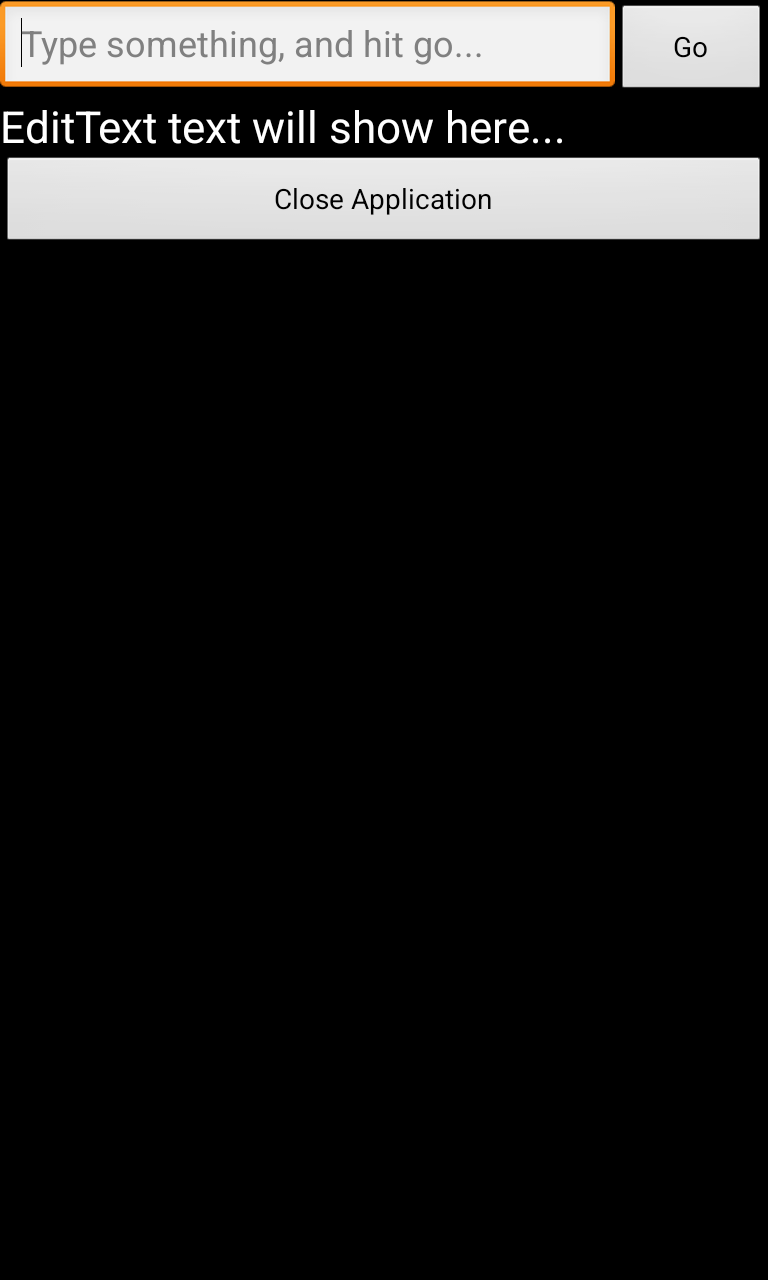
Repository: pazuzu156/KKAndroid
Layout: InitialRepoApp/res/layout/main.xml
These files come from the project's save history. The layout is drawn as it stood at one moment and after the next save; the edit follows.
It is drawn on a 768 x 1280 px phone screen (xhdpi) without system bars, with theme android:Theme; the app's code is not run.

Above is the layout before, as saved 2012-06-17 06:29:28.

### InitialRepoApp/res/layout/main.xml
<?xml version="1.0" encoding="utf-8"?>
<LinearLayout xmlns:android="http://schemas.android.com/apk/res/android"
    android:layout_width="fill_parent"
    android:layout_height="fill_parent"
    android:orientation="vertical" >

    <LinearLayout
        android:layout_width="match_parent"
        android:layout_height="wrap_content"
        android:weightSum="10" >

        <EditText
            android:id="@+id/et"
            android:layout_width="fill_parent"
            android:layout_height="wrap_content"
            android:layout_weight="2"
            android:hint="Type something, and hit go..." >

            <requestFocus />
        </EditText>

        <Button
            android:id="@+id/go"
            android:layout_width="fill_parent"
            android:layout_height="wrap_content"
            android:layout_weight="8"
            android:text="Go" />

    </LinearLayout>

    <TextView
        android:id="@+id/tv"
        android:layout_width="fill_parent"
        android:layout_height="wrap_content"
        android:text="EditText text will show here..."
        android:textAppearance="?android:attr/textAppearanceLarge" />

    <Button
        android:id="@+id/bye"
        android:layout_width="fill_parent"
        android:layout_height="wrap_content"
        android:text="Close Application" />

</LinearLayout>

After the next save:
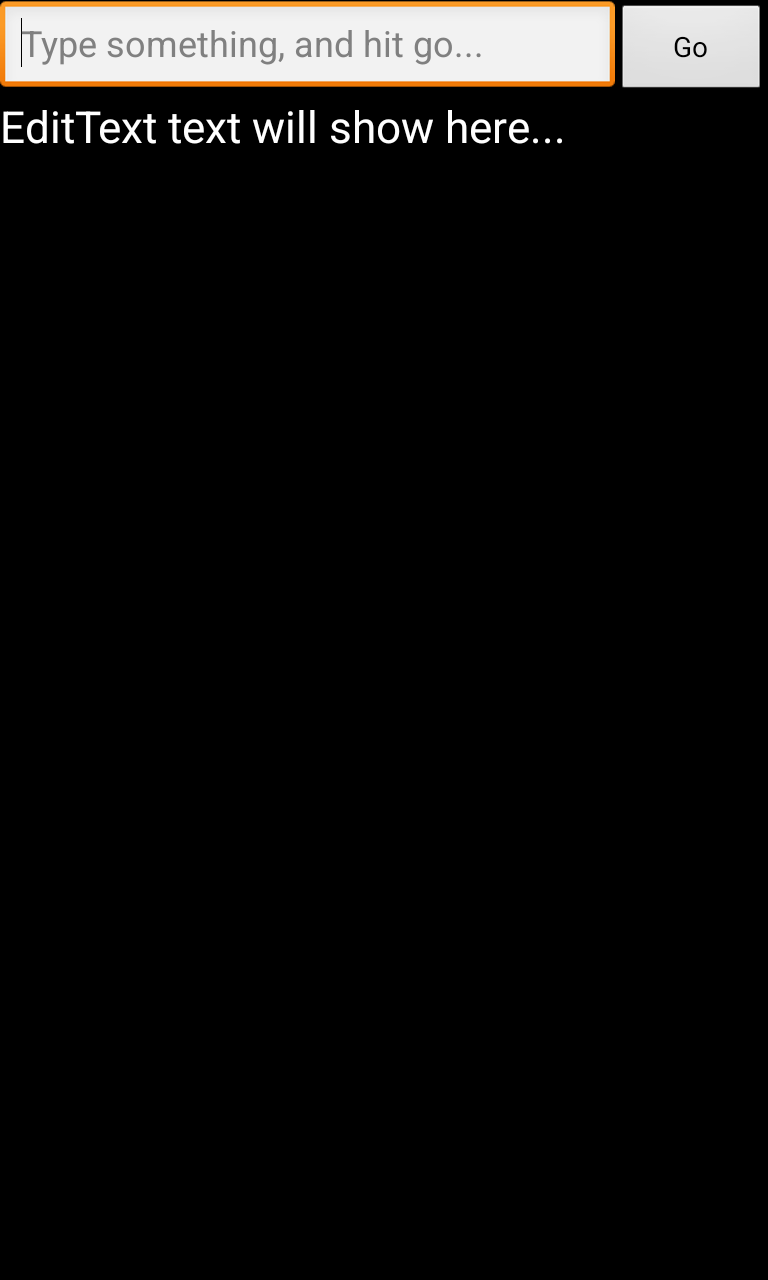
Saved 63 s later.
--- a/InitialRepoApp/res/layout/main.xml
+++ b/InitialRepoApp/res/layout/main.xml
@@ -35,10 +35,4 @@
         android:text="EditText text will show here..."
         android:textAppearance="?android:attr/textAppearanceLarge" />
 
-    <Button
-        android:id="@+id/bye"
-        android:layout_width="fill_parent"
-        android:layout_height="wrap_content"
-        android:text="Close Application" />
-
 </LinearLayout>
